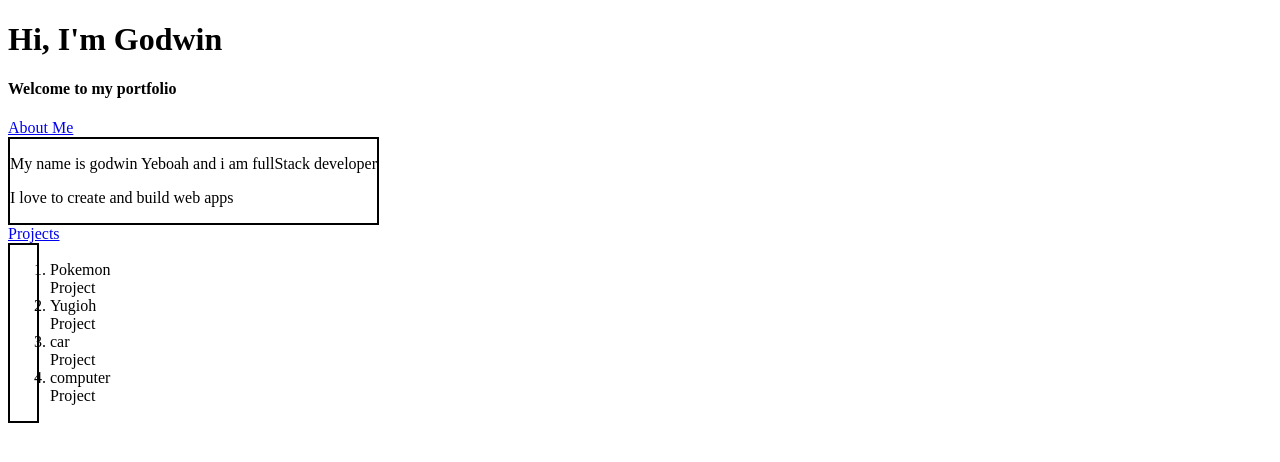
Repository: GodwinYeboah1/Java-Assignment-
Page: SpringIntro/springProjects/portfolio/src/main/resources/static/index.html
An editor plug-in stored every save of this project. The page is shown before and after the next save, followed by the edit.
The browser window is 1280 px wide. The pictures show the whole page.

Above is the page before, as saved 2018-03-09 20:44:02.

### SpringIntro/springProjects/portfolio/src/main/resources/static/index.html
<!DOCTYPE html>
<html>
<head>
	<title></title>
	<link rel="stylesheet" type="text/css" href="css/style.css">

</head>
<body>
		<h1>Hi, I'm Godwin</h1>
		<h4>Welcome to my portfolio</h4>

		<div>
		<a href="/aboutMe"> About Me</a>
			<br>
			<div id="aboutMe">
			   <p> My name is godwin Yeboah and i am  fullStack developer</p>
			   <p> I love to create  and build web apps </p>
			</div>

		</div>
		<div>
		<a href="/project"> Projects</a>
		<br>
			<div id="projects">
				<ol>
					<li> Pokemon Project </li>
					<li> Yugioh Project </li>
					<li> car Project </li>
					<li> computer Project </li>
				</ol>

			</div>

		</div>

</body>
</html>

### SpringIntro/springProjects/portfolio/src/main/resources/static/css/style.css
body{
	backgorund : blue;
}
#aboutMe{
	border: 2px solid black;
	display: inline-block;
}
#projects{
	border: 2px solid black;
	display: inline-block;
	width:27px;

}

After the next save:
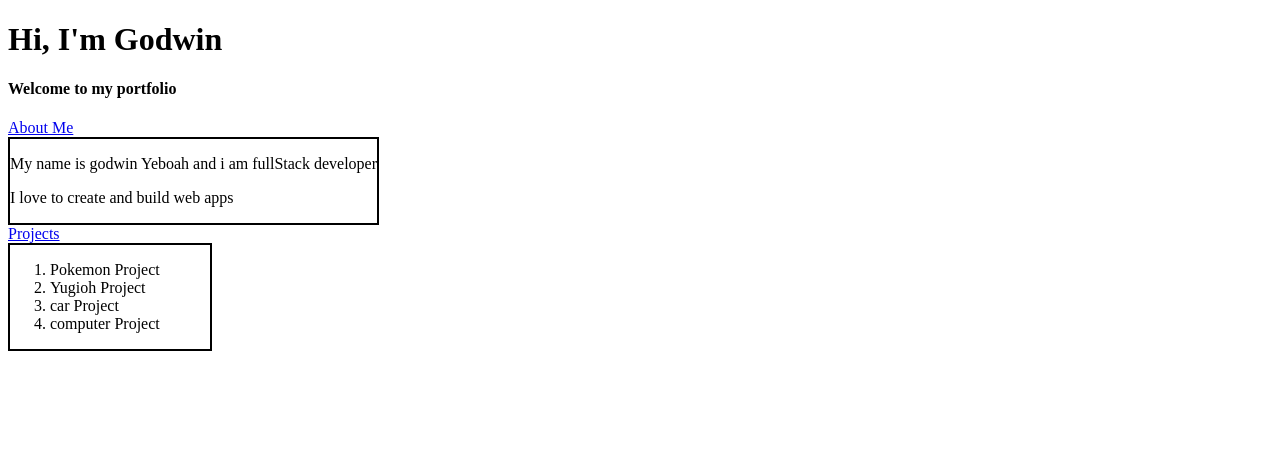
Saved 8 s later.
--- a/SpringIntro/springProjects/portfolio/src/main/resources/static/css/style.css
+++ b/SpringIntro/springProjects/portfolio/src/main/resources/static/css/style.css
@@ -8,6 +8,6 @@ body{
 #projects{
 	border: 2px solid black;
 	display: inline-block;
-	width:27px;
+	width:200px;
 
 }
